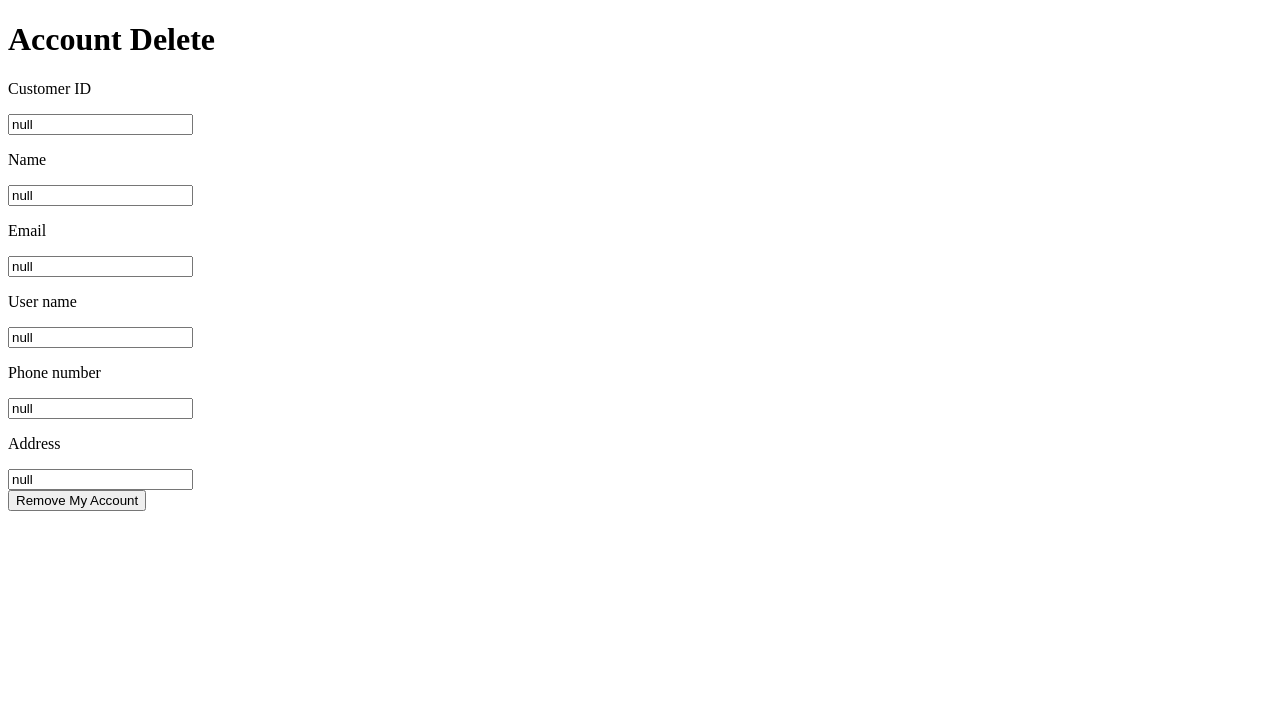
Repository: GamithaManawadu/RentJet-Online-Vehicle-Rental-System
Page: http://localhost/CustomerRegistration/deletecustomer.jsp
The author's editor kept a copy of each file at every save. The page is drawn from the files as they stood at one save, then again after the next save.
The browser window is 1280 px wide. The pictures show the whole page.
The page is served by Tomcat 9. Other server files are loaded and not shown.

Above is the page before, as saved 2020-05-12 17:03:41.

### CustomerRegistration/WebContent/deletecustomer.jsp
<%@ page language="java" contentType="text/html; charset=ISO-8859-1"
    pageEncoding="ISO-8859-1"%>
<!DOCTYPE html>
<html>
<head>
<meta charset="ISO-8859-1">
<title>Delete account</title>
</head>
<body>
	<%
	String id = request.getParameter("id");
	String name = request.getParameter("name");
	String email = request.getParameter("email");
	String userName = request.getParameter("userName");
	String phone = request.getParameter("phone");
	String address = request.getParameter("address");
	String password = request.getParameter("pass");
	%>

	<h1>Account Delete</h1>
	<form action="delete" method="post">

	<p>Customer ID</p>
	<input type="text" name="cusid" value="<%= id %>"readonly><br>
	<p>Name</p>
	<input type="text" name="name" value="<%= name %>"readonly><br>
	<p>Email</p>
	<input type="text" name="email" value="<%= email %>"readonly><br>
	<p>User name</p>
	<input type="text" name="userName" value="<%= userName %>"readonly><br>
	<p>Phone number</p>
	<input type="text" name="phone" value="<%= phone %>"readonly><br>
	<p>Address</p>
	<input type="text" name="address" value="<%= address %>"readonly><br>


	<input type="submit" name="submit" value="Remove My Account"><br>

</form>

</body>
</html>

### CustomerRegistration/WebContent/register.css
@charset "ISO-8859-1";
body{
    margin: 0;
    padding: 0;
    background: url(image/a9.jpg);
    background-size: cover;
    background-position: center;
    font-family: sans-serif;
}
.register-box{
    width: 620px;
    height: 670px;
    background: rgba(0, 0, 0, 0.5);
    color: #fff;
    top: 50%;
    left: 50%;
    position: absolute;
    transform: translate(-50%,-50%);
    box-sizing: border-box;
    padding: 70px 30px;
}
.icon{
    width: 100px;
    height: 100px;
    border-radius: 50%;
    position: absolute;
    top: -50px;
    left: calc(50% - 50px);
}
h1{
    margin: 0;
    padding: 0 0 20px;
    text-align: center;
    font-size: 22px;
}
.register-box p{
    margin: 0;
    padding: 0;
    font-weight: bold;
}
.register-box input{
    width: 100%;
    margin-bottom: 20px;
}
.register-box input[type="text"], input[type="password"]
{
    border: none;
    border-bottom: 1px solid #fff;
    background: transparent;
    outline: none;
    height: 40px;
    color: #fff;
    font-size: 16px;
}
.register-box input[type="submit"]
{
    border: none;
    outline: none;
    height: 40px;
    background: #1c8adb;
    color: #fff;
    font-size: 18px;
    border-radius: 20px;
}
.register-box input[type="submit"]:hover
{
    cursor: pointer;
    background: #39dc79;
    color: #000;
}

.register-box a{
    text-decoration: none;
    font-size: 14px;
    color: #fff;
}
.register-box a:hover
{
    color: #39dc79;
}

After the next save:
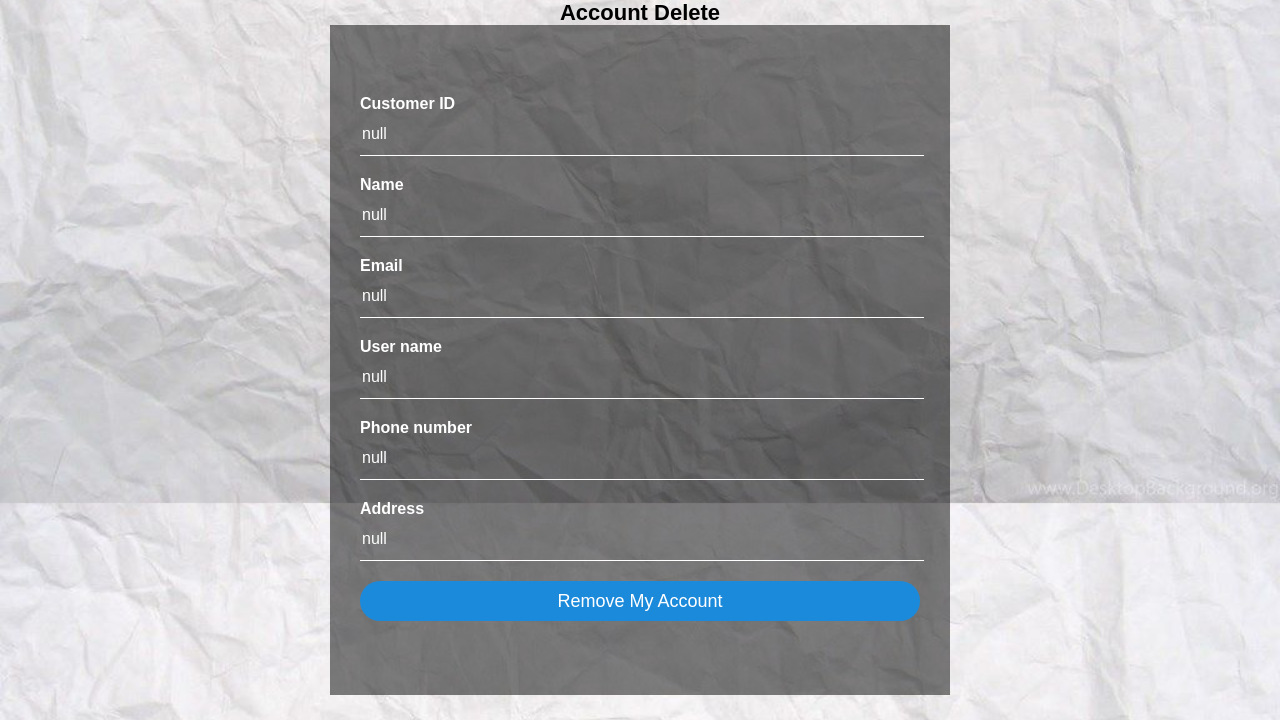
Saved 72 s later.
--- a/CustomerRegistration/WebContent/deletecustomer.jsp
+++ b/CustomerRegistration/WebContent/deletecustomer.jsp
@@ -5,6 +5,7 @@
 <head>
 <meta charset="ISO-8859-1">
 <title>Delete account</title>
+<link rel="stylesheet" type="text/css" href="register.css"/>
 </head>
 <body>
 	<%
@@ -18,6 +19,7 @@
 	%>
 
 	<h1>Account Delete</h1>
+	<div class="register-box">
 	<form action="delete" method="post">
 
 	<p>Customer ID</p>
